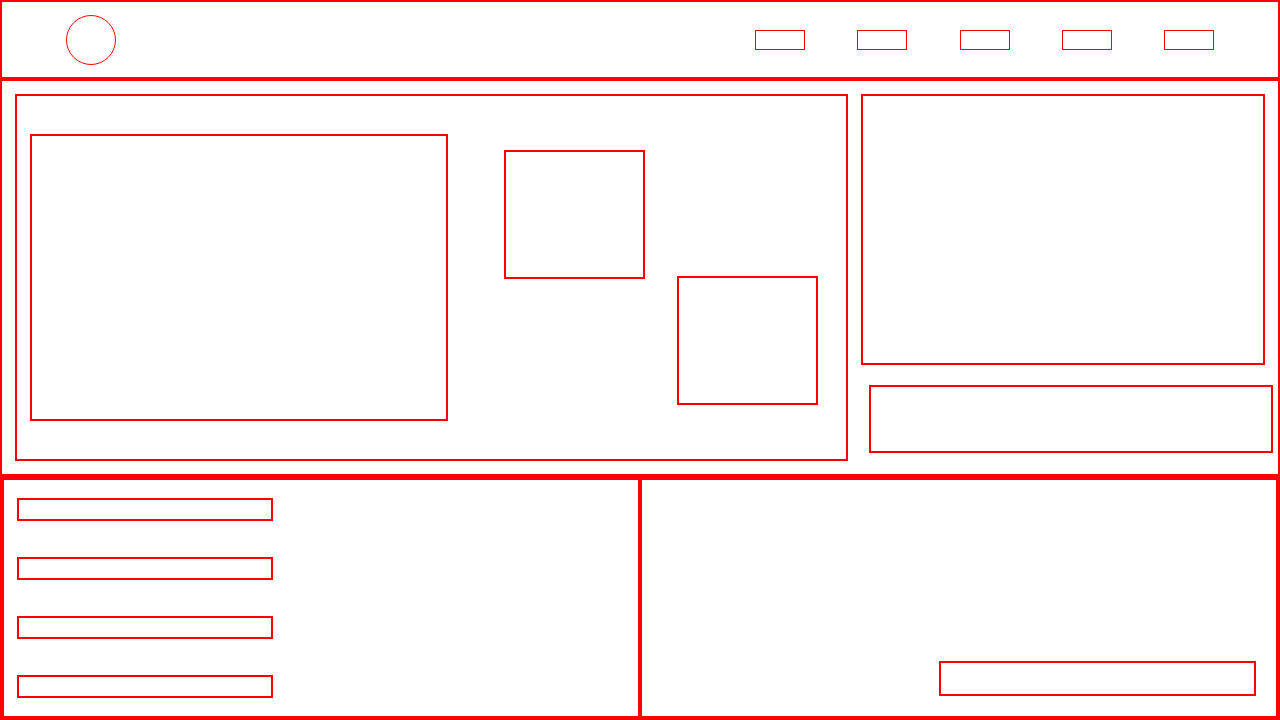
Repository: archangel88/elbrus_homework
Page: phase-0/week-3/day-4/flexbox/index.html
The author's editor kept a copy of each file at every save. The page is drawn from the files as they stood at one save, then again after the next save.
The browser window is 1280 px wide. The pictures show the whole page.

Above is the page before, as saved 2025-10-10 01:13:10.

After the next save:
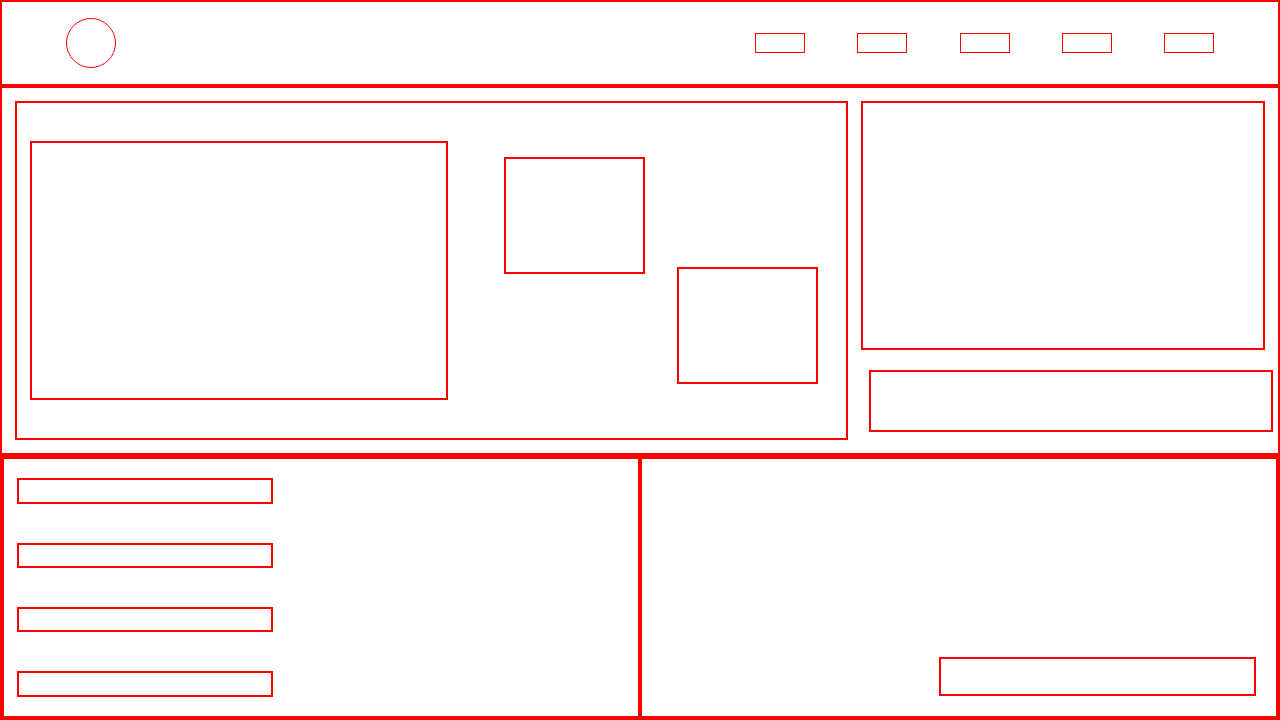
Saved 8 s later.
--- a/phase-0/week-3/day-4/flexbox/css/styles.css
+++ b/phase-0/week-3/day-4/flexbox/css/styles.css
@@ -54,7 +54,7 @@ header {
 .content{
     display: flex;
     border: 2px solid rgb(255, 0, 0);
-    height: 70%;
+    height: 60%;
 }
 
 .content .block{
